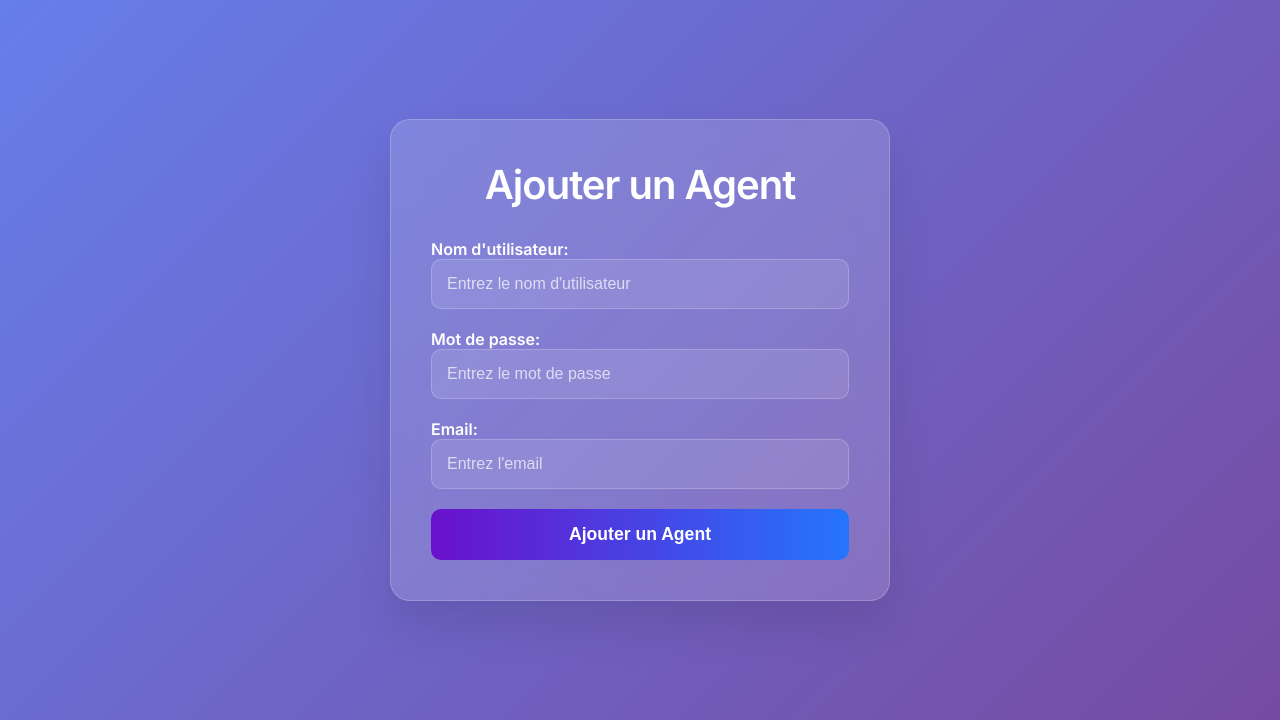
Repository: ToumiFourat/HotelManagementt
Page: http://localhost/Hotell/AddAgentServlet
The author's editor kept a copy of each file at every save. The page is drawn from the files as they stood at one save, then again after the next save.
The browser window is 1280 px wide. The pictures show the whole page.
The page is served by Tomcat 10.

Above is the page before, as saved 2024-12-17 20:25:10.

After the next save:
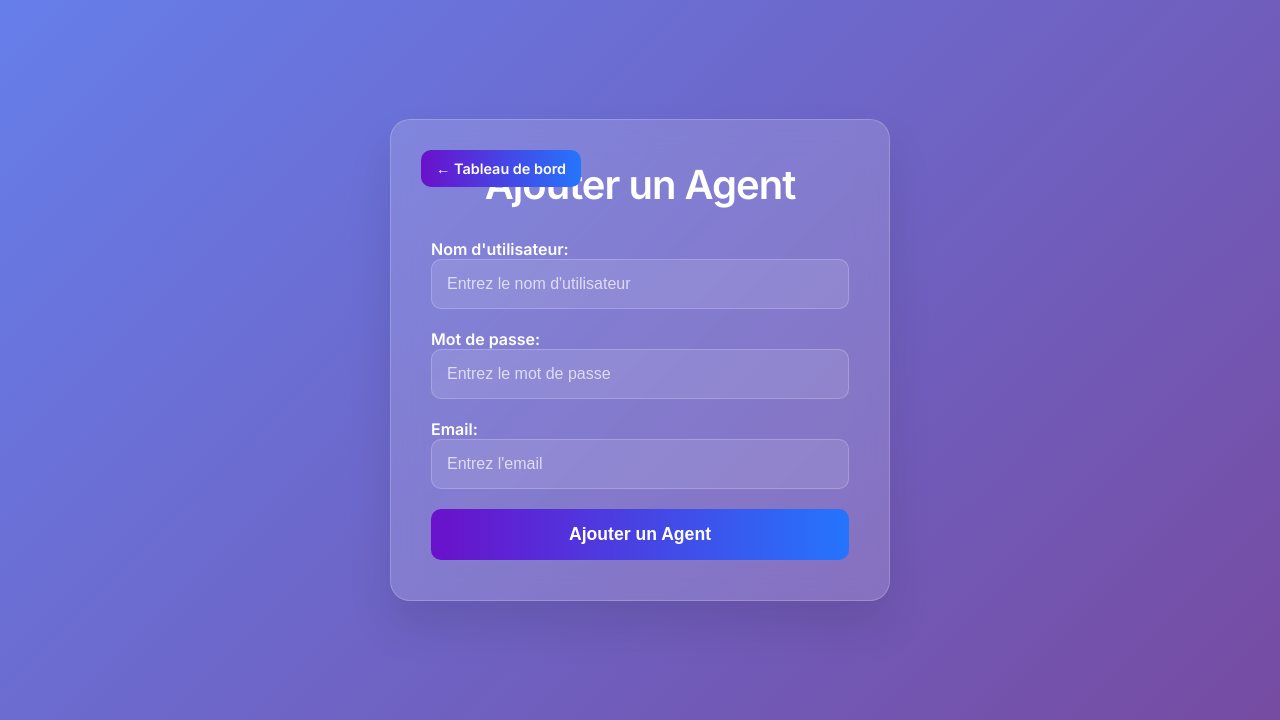
Saved 3 min 2 s later.
--- a/Hotell/src/main/webapp/views/addAgent.jsp
+++ b/Hotell/src/main/webapp/views/addAgent.jsp
@@ -109,10 +109,40 @@
             transform: translateY(-3px);
             box-shadow: 0 10px 20px rgba(0, 0, 0, 0.2);
         }
+        .dashboard-link {
+            position: absolute;
+            top: 30px;
+            left: 30px;
+            background: var(--button-gradient);
+            color: var(--text-primary);
+            border: none;
+            padding: 10px 15px;
+            border-radius: 10px;
+            font-size: 0.9rem;
+            font-weight: 600;
+            cursor: pointer;
+            transition: transform 0.3s ease;
+            text-decoration: none;
+            display: inline-flex;
+            align-items: center;
+            gap: 8px;
+        }
+
+        .dashboard-link:hover {
+            transform: translateY(-3px);
+            box-shadow: 0 10px 20px rgba(0, 0, 0, 0.2);
+        }
+
+        .container {
+            position: relative;
+        }
     </style>
 </head>
 <body>
 <div class="container">
+ <a href="${pageContext.request.contextPath}/views/admin_dashboard.jsp" class="dashboard-link">
+        ← Tableau de bord
+    </a>
     <h1>Ajouter un Agent</h1>
 
     <form action="${pageContext.request.contextPath}/AddAgentServlet" method="post">

After the save that followed:
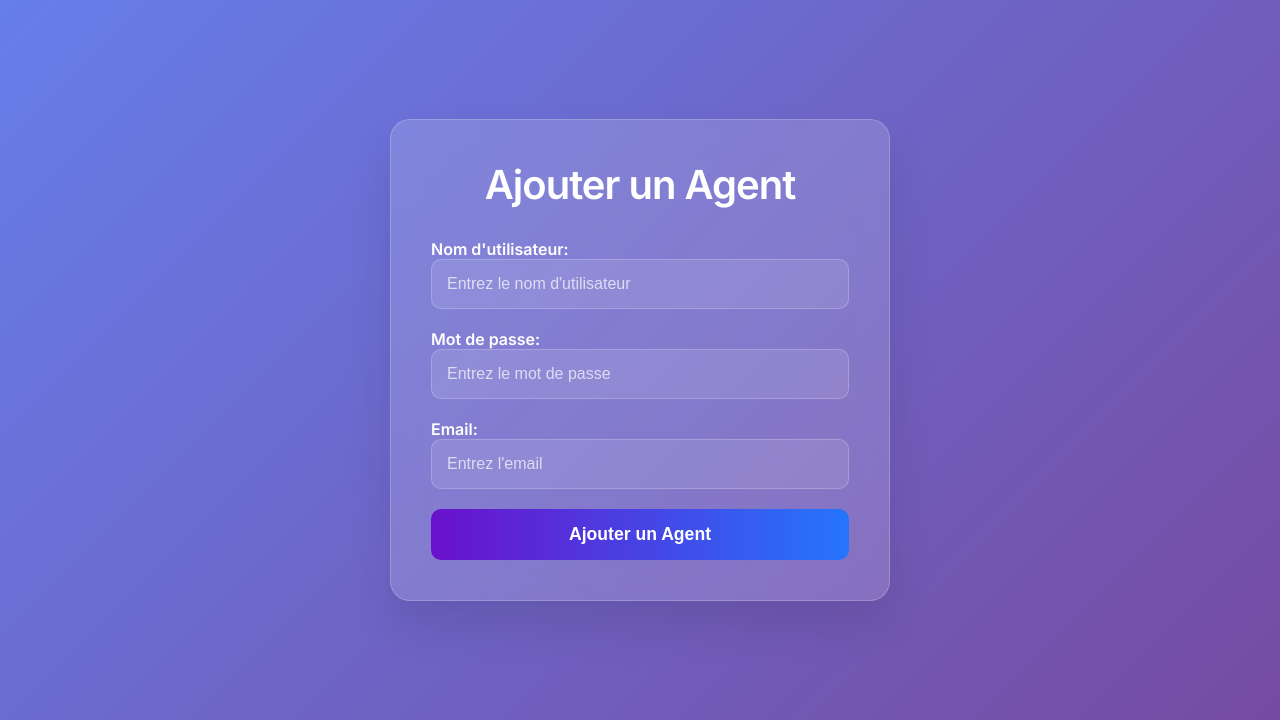
Saved 100 s later.
--- a/Hotell/src/main/webapp/views/addAgent.jsp
+++ b/Hotell/src/main/webapp/views/addAgent.jsp
@@ -109,40 +109,11 @@
             transform: translateY(-3px);
             box-shadow: 0 10px 20px rgba(0, 0, 0, 0.2);
         }
-        .dashboard-link {
-            position: absolute;
-            top: 30px;
-            left: 30px;
-            background: var(--button-gradient);
-            color: var(--text-primary);
-            border: none;
-            padding: 10px 15px;
-            border-radius: 10px;
-            font-size: 0.9rem;
-            font-weight: 600;
-            cursor: pointer;
-            transition: transform 0.3s ease;
-            text-decoration: none;
-            display: inline-flex;
-            align-items: center;
-            gap: 8px;
-        }
 
-        .dashboard-link:hover {
-            transform: translateY(-3px);
-            box-shadow: 0 10px 20px rgba(0, 0, 0, 0.2);
-        }
-
-        .container {
-            position: relative;
-        }
     </style>
 </head>
 <body>
 <div class="container">
- <a href="${pageContext.request.contextPath}/views/admin_dashboard.jsp" class="dashboard-link">
-        ← Tableau de bord
-    </a>
     <h1>Ajouter un Agent</h1>
 
     <form action="${pageContext.request.contextPath}/AddAgentServlet" method="post">
